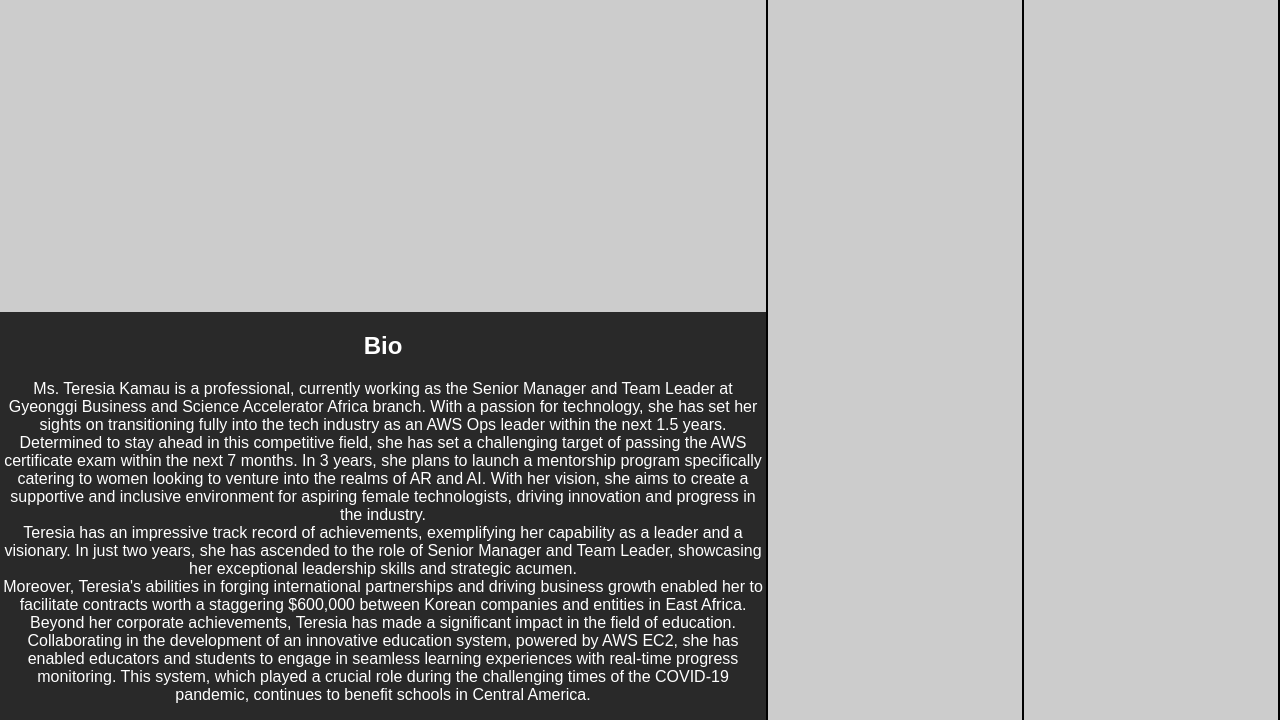
Repository: tessa5/developerPortfolio
Page: public/bio.html
These files come from the project's save history. The page is drawn as it stood at one moment and after a run of saves; the edit follows.
The browser window is 1280 px wide. The pictures show the whole page.

Above is the page before, as saved 2023-08-08 14:45:16.

### public/bio.html
<!DOCTYPE html>
<html lang="en">
<head>
    <meta charset="UTF-8">
    <meta name="viewport" content="width=device-width, initial-scale=1.0">
    <title>Document</title>
    <link rel="stylesheet" href="assets/styles/bio.css">
</head>
<body>
    <section>
        <ul>
            <li>
                <div class="bio">
                    <h2>Bio</h2>
                    <p>
                        Ms. Teresia Kamau is a professional, currently working as the Senior Manager and Team Leader at Gyeonggi Business and Science Accelerator Africa branch. With a passion for technology, she has set her sights on transitioning fully into the tech industry as an AWS Ops leader within the next 1.5 years. <br/>Determined to stay ahead in this competitive field, she has set a challenging target of passing the AWS certificate exam within the next 7 months.
In 3 years, she plans to launch a mentorship program specifically catering to women looking to venture into the realms of AR and AI. With her vision, she aims to create a supportive and inclusive environment for aspiring female technologists, driving innovation and progress in the industry.
<br/>Teresia has an impressive track record of achievements, exemplifying her capability as a leader and a visionary. In just two years, she has ascended to the role of Senior Manager and Team Leader, showcasing her exceptional leadership skills and strategic acumen. <br/>Moreover, Teresia's abilities in forging international partnerships and driving business growth enabled her to facilitate contracts worth a staggering $600,000 between Korean companies and entities in East Africa.
Beyond her corporate achievements, Teresia has made a significant impact in the field of education. Collaborating in the development of an innovative education system, powered by AWS EC2, she has enabled educators and students to engage in seamless learning experiences with real-time progress monitoring. This system, which played a crucial role during the challenging times of the COVID-19 pandemic, continues to benefit schools in Central America.

                    </p>
                </div>
            </li>
            <li></li>
            <li></li>
        </ul>

    </section>

</body>
</html>

### public/assets/styles/bio.css
body {
    margin: 0;
    padding:0;
    font-family: sans-serif;
}
ul {
    position: absolute;
    top: 0;
    left: 0;
    width: 100%;
    height:100vh;
    background: #ccc;
    margin:0;
    padding:0;
}
ul li {
    list-style:none;
    position:relative;
    width:33.3%;
    height:100%;
    border-right: 2px solid #000;
    float: left;
    box-sizing:border-box;
    transition: 0.5s;
    text-align: center;
    overflow: hidden;
}

ul:hover li {
    width: 20%
}

ul li:hover {
    width:60%
}

ul li .bio {
    position:absolute;
    bottom:0;
    left:0;
    width: 100%;
    background: rgba(0,0,0,0.8);
    box-sizing: border-box;
    color: #fff;
}
/* p {
    height:100%;
    line-height:35px;
    padding:10px;
    margin-top:5px;
    box-sizing: border-box;
    word-break: keep-all;
    padding-top:30px;
} */

After the next 2 saves:
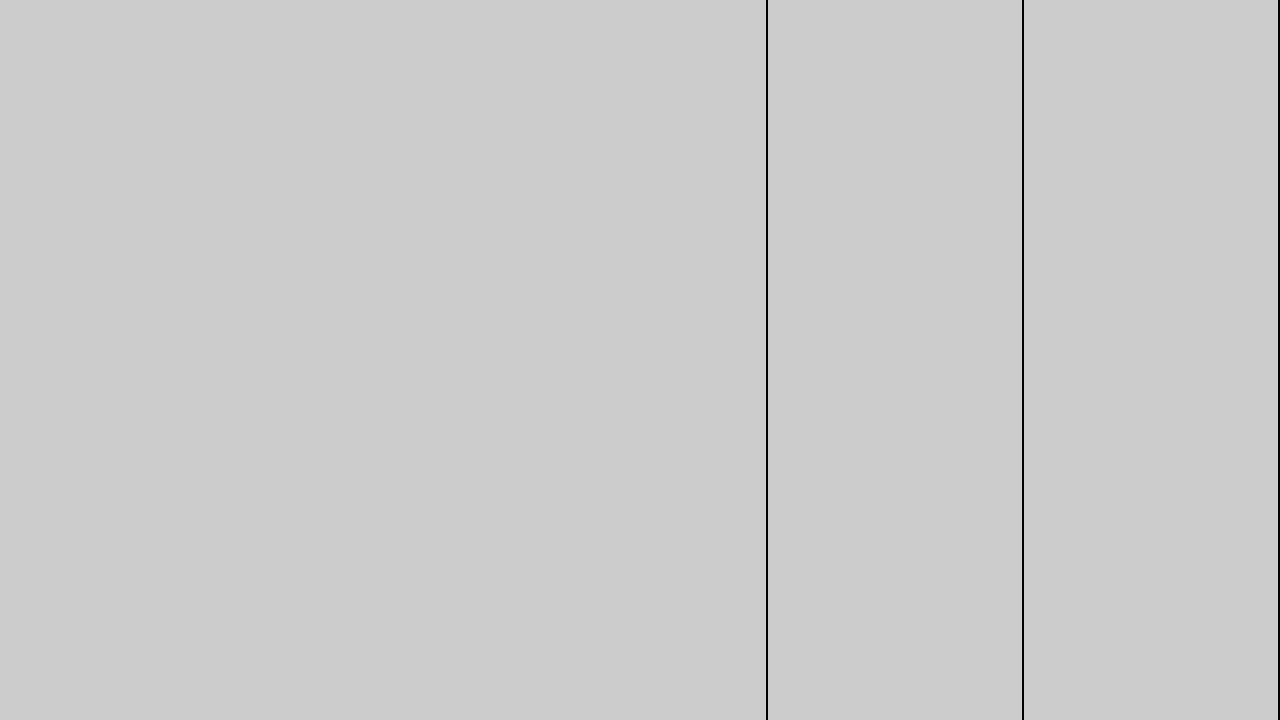
The 2 saves are shown as one change because they came seconds apart.
The last was saved 23 s later.
--- a/public/assets/styles/bio.css
+++ b/public/assets/styles/bio.css
@@ -36,7 +36,7 @@ ul li:hover {
 
 ul li .bio {
     position:absolute;
-    bottom:0;
+    bottom:-100%;
     left:0;
     width: 100%;
     background: rgba(0,0,0,0.8);
